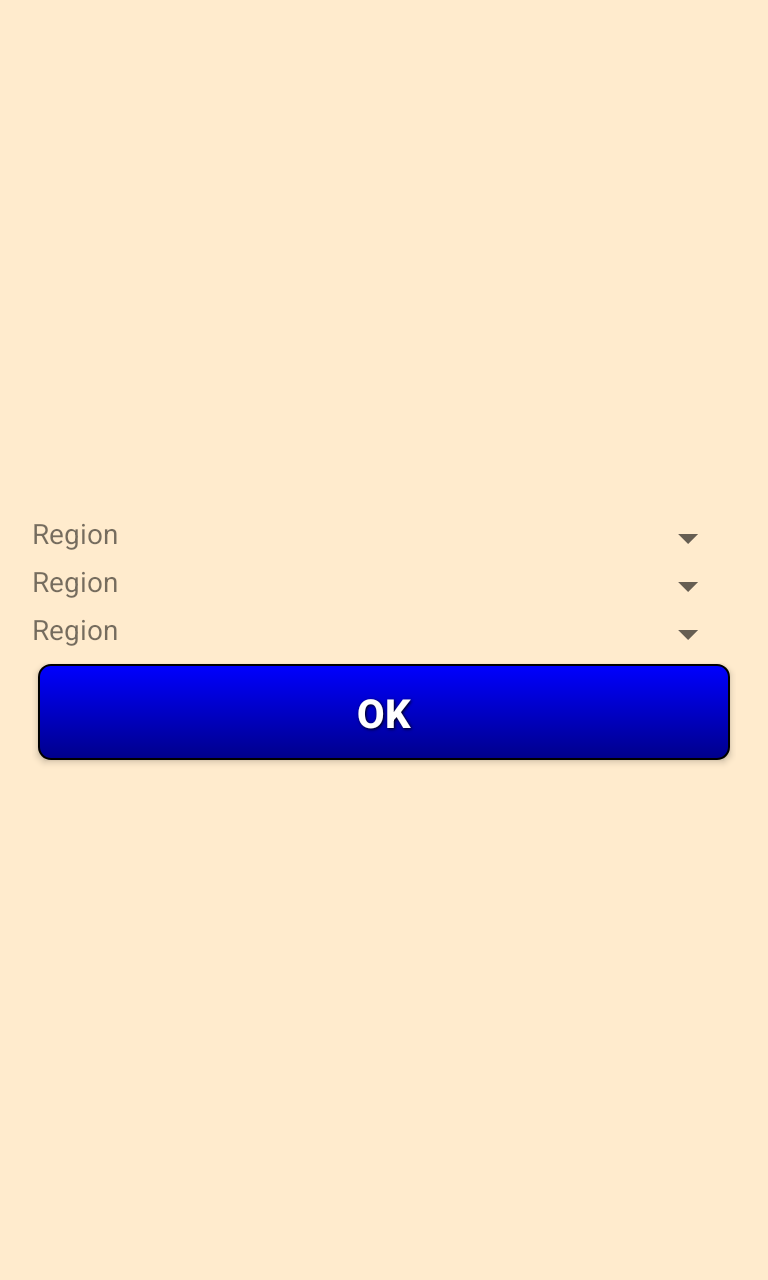
Repository: ayushshah/indsafari
Layout: Indian Safari/res/layout/activity_further_details.xml
These files come from the project's save history. The layout is drawn as it stood at one moment and after the next save; the edit follows.
It is drawn on a 768 x 1280 px phone screen (xhdpi) without system bars, with theme AppTheme; the app's code is not run.

Above is the layout before, as saved 2014-07-28 13:22:26.

After the next save:
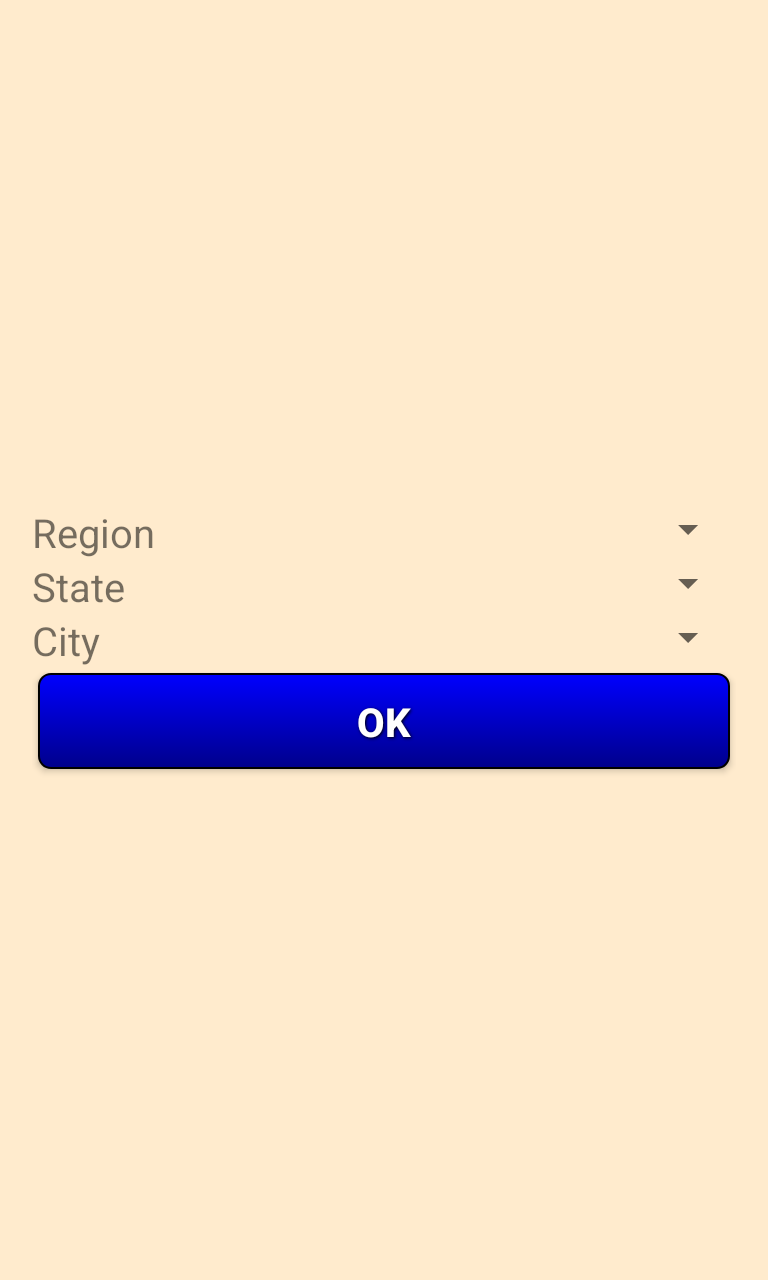
Saved 24 s later.
--- a/Indian Safari/res/layout/activity_further_details.xml
+++ b/Indian Safari/res/layout/activity_further_details.xml
@@ -19,7 +19,8 @@
         <TextView
             android:layout_width="wrap_content"
             android:layout_height="wrap_content"
-            android:text="Region" />
+            android:text="Region"
+            android:textSize="20sp" />
 
         <Spinner
             android:id="@+id/spinRegion"
@@ -36,7 +37,8 @@
         <TextView
             android:layout_width="wrap_content"
             android:layout_height="wrap_content"
-            android:text="Region" />
+            android:text="State"
+            android:textSize="20sp" />
 
         <Spinner
             android:id="@+id/spinState"
@@ -53,7 +55,8 @@
         <TextView
             android:layout_width="wrap_content"
             android:layout_height="wrap_content"
-            android:text="Region" />
+            android:text="City"
+            android:textSize="20sp" />
 
         <Spinner
             android:id="@+id/spinCity"
